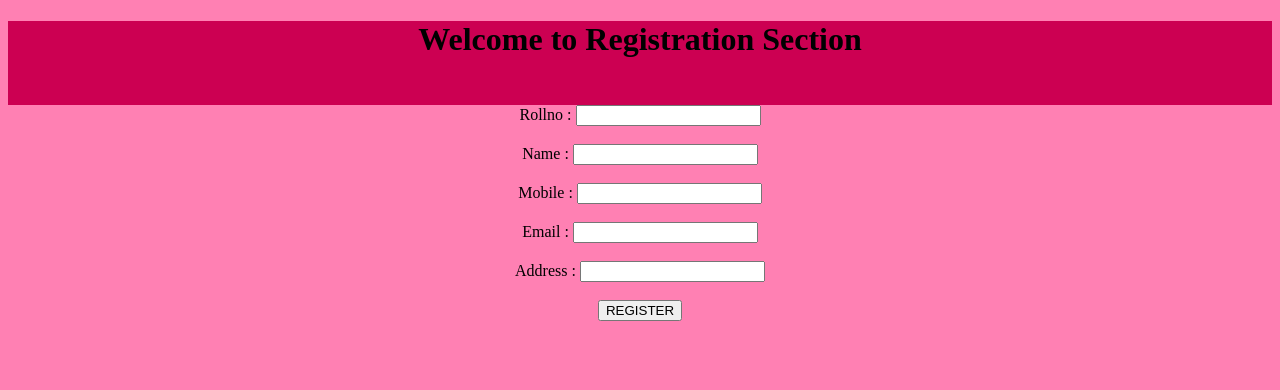
Repository: hitu-1995/reg14_spring_boot
Page: http://localhost/15-Spring-Boot-MVC-Project/register.jsp
An editor plug-in stored every save of this project. The page is shown before and after the next save, followed by the edit.
The browser window is 1280 px wide. The pictures show the whole page.
The page is served by Tomcat 9.

Above is the page before, as saved 2024-02-16 11:08:20.

After the next save:
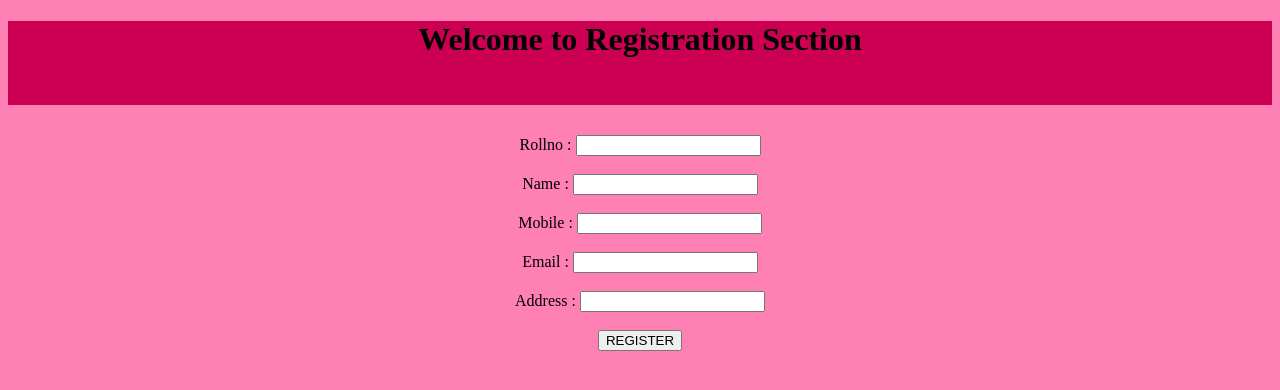
Saved 26 s later.
--- a/15-Spring-Boot-MVC-Project/src/main/webapp/register.jsp
+++ b/15-Spring-Boot-MVC-Project/src/main/webapp/register.jsp
@@ -10,7 +10,7 @@
     <div align="center" style="padding-bottom: 25px; background-color: #cc0052">
       <h1>Welcome to Registration Section</h1>
     </div>
-    <div align="center">
+    <div align="center" style="padding-top: 30px">
        <form action="reg">
           <label>Rollno : </label>
            <input type="text" name="rollno"><br><br>
